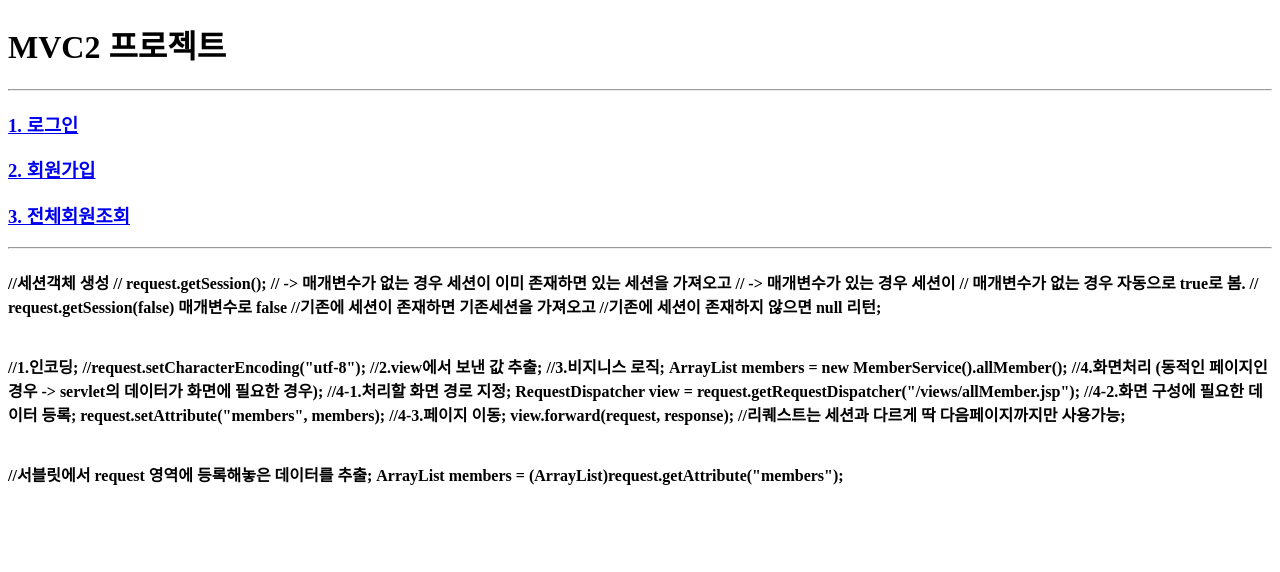
Repository: beescuit9510/toyProjects
Page: http://localhost/06_mvc2Project/
An editor plug-in stored every save of this project. The page is shown before and after the next save, followed by the edit.
The browser window is 1280 px wide. The pictures show the whole page.
The page is served by Tomcat 9.

Above is the page before, as saved 2021-10-01 03:18:31.

After the next save:
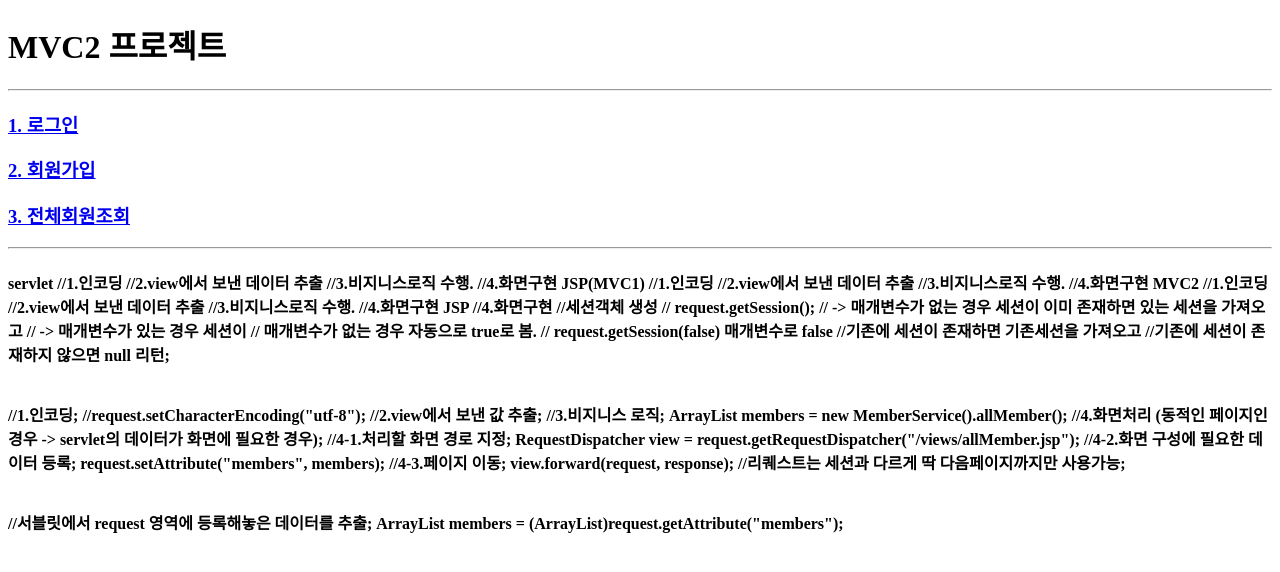
Saved 117 s later.
--- a/web-server-workplace/06_mvc2Project/src/main/webapp/index.jsp
+++ b/web-server-workplace/06_mvc2Project/src/main/webapp/index.jsp
@@ -15,6 +15,29 @@
 
 	<hr>
 	<h4>
+
+	servlet
+	//1.인코딩
+	//2.view에서 보낸 데이터 추출
+	//3.비지니스로직 수행.
+	//4.화면구현
+
+	JSP(MVC1)
+	//1.인코딩
+	//2.view에서 보낸 데이터 추출
+	//3.비지니스로직 수행.
+	//4.화면구현
+
+
+	MVC2
+	//1.인코딩
+	//2.view에서 보낸 데이터 추출
+	//3.비지니스로직 수행.
+	//4.화면구현
+
+	JSP
+	//4.화면구현
+
 
 		//세션객체 생성
 		// request.getSession();
